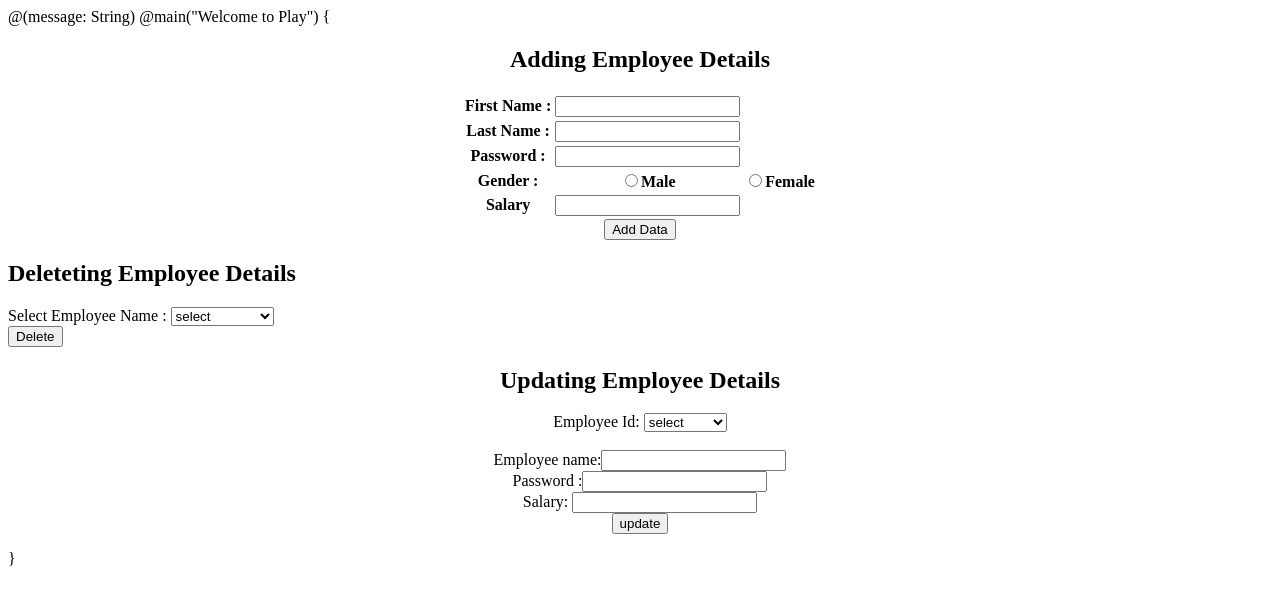
Repository: PoonamDeokar/SalesTool
Page: CrudDemo/app/views/index.scala.html
The author's editor kept a copy of each file at every save. The page is drawn from the files as they stood at one save, then again after the next save.
The browser window is 1280 px wide. The pictures show the whole page.

Above is the page before, as saved 2016-09-16 06:43:19.

### CrudDemo/app/views/index.scala.html

@(message: String)

@main("Welcome to Play") {


  	<form action ="@routes.HomeController.addEmp()" method="post">

    	<center>
    	<h2>Adding Employee Details </h2>
    	<table>
    	<tr>
    		<th>First Name :</th>
    		<th><input type="text" name="fname"></th>
    	</tr>
    	<tr>
    		<th>Last Name :</th>
    		<th><input type="text" name="lname"></th>
    	</tr>
    	<tr>
    		<th>Password :</th>
    		<th><input type="password" name="pass"></th>
    	</tr>
    	<tr>
    		<th>Gender :</th>
    		<th><input type="radio" name="gen" value="male">Male<br></th>
    		<th><input type="radio" name="gen" value="fmale">Female<br></th>
    	</tr>
    	<tr>
    		<th>Salary</th>
    		<th><input type="text" name="sal"></th>
    	</tr>

    	 </table>
    	 <input type="submit"  value="Add Data"/>
    	</center>
    </form>

    <from action="@routes.HomeController.deleteEmp()" method="post">
    <h2>Deleteting Employee Details</h2>

    Select Employee Name : <select fname="fname">
    <option value="0">select</option>
    @for(emp<-Employee.find.all){
    	<option value=@emp.fname>@emp.fname</option>
    }
    </select><br>
    <input type="submit" value="Delete"/>

    </from>

    <form action="@routes.HomeController.updateEmp()" method="post">
    <center>
    <h2>Updating Employee Details</h2>
    Employee Id: <select eid="eid">
    	<option value="0">select</option>
    	@for(emp<-Employee.find.all){
    		<option value=@emp.eid>@emp.eid</option>
    	}
    </select><br><br>
    Employee name:<input type="text" name="fname"/><br>
    Password :<input type="password" name="pass"/><br>
    Salary: <input type="text" name="sal"/><br>
    <input type="submit" value="update"/>
	</center>
    </form>

}

After the next save:
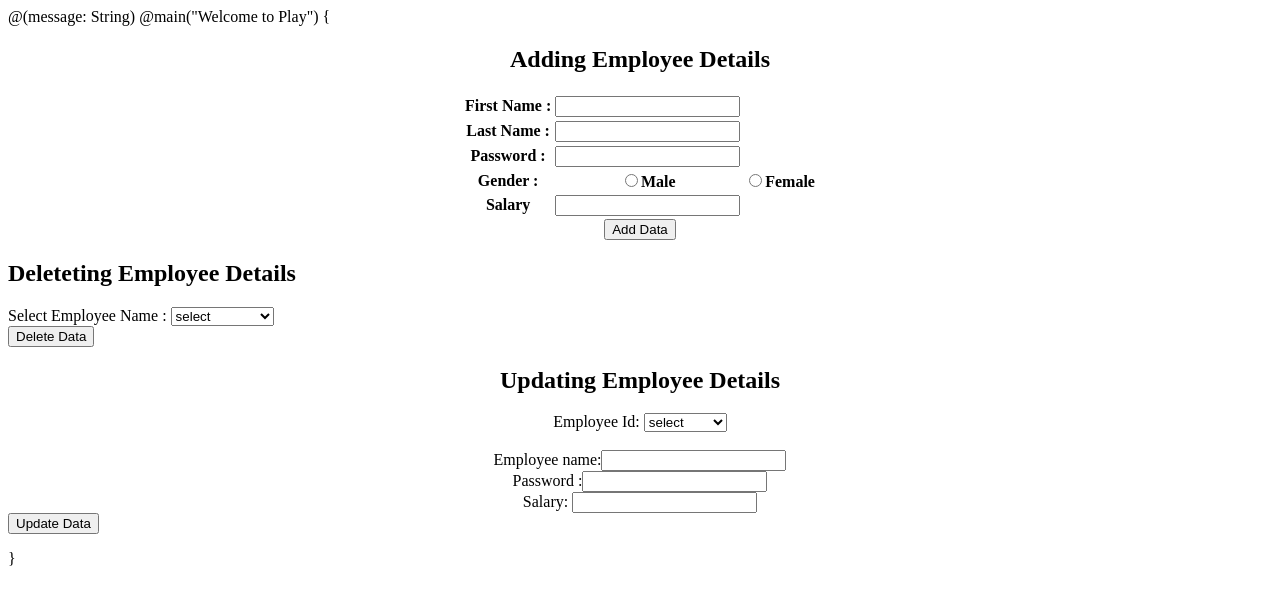
Saved 6 min 2 s later.
--- a/CrudDemo/app/views/index.scala.html
+++ b/CrudDemo/app/views/index.scala.html
@@ -45,7 +45,7 @@
     	<option value=@emp.fname>@emp.fname</option>
     }
     </select><br>
-    <input type="submit" value="Delete"/>
+    <input type="submit" value="Delete Data"/>
 
     </from>
 
@@ -61,8 +61,8 @@
     Employee name:<input type="text" name="fname"/><br>
     Password :<input type="password" name="pass"/><br>
     Salary: <input type="text" name="sal"/><br>
-    <input type="submit" value="update"/>
 	</center>
+	<input type="submit" value="Update Data"/>
     </form>
 
 }
